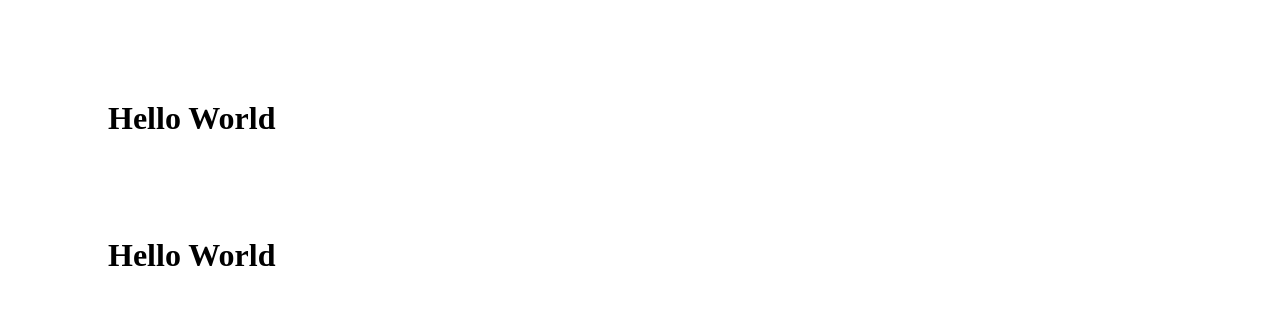
Repository: rightsecond3/java52
Page: workspace_script/dev_html/WebContent/css_margin/margin_1.html
The author's editor kept a copy of each file at every save. The page is drawn from the files as they stood at one save, then again after the next save.
The browser window is 1280 px wide. The pictures show the whole page.

Above is the page before, as saved 2019-06-12 03:09:08.

### workspace_script/dev_html/WebContent/css_margin/margin_1.html
<!DOCTYPE html>
<html>
<head>
<meta charset="UTF-8">
<title>마진겹침1</title>
    <style type="text/css">
        h1 {
            /* border : 1px solid red; */
            margin: 100px;
        }
    </style>
</head>
<body>
    <h1>Hello World</h1>
    <h1>Hello World</h1>
</body>
</html>

After the next save:
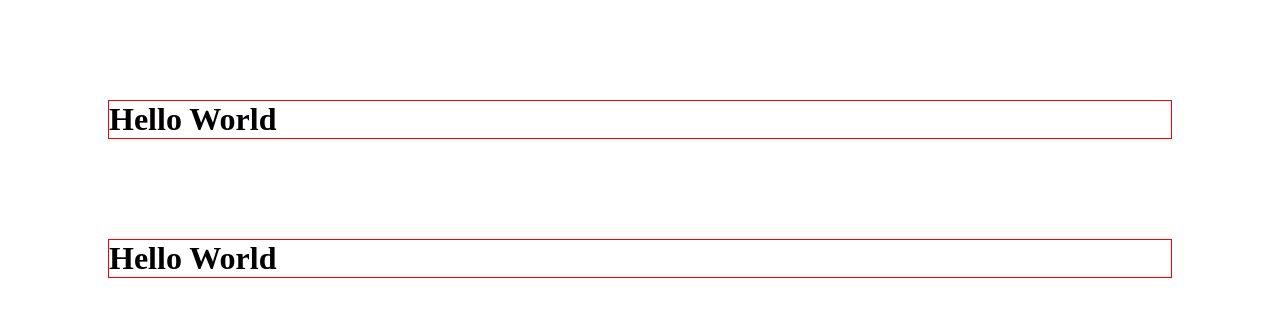
Saved 110 s later.
--- a/workspace_script/dev_html/WebContent/css_margin/margin_1.html
+++ b/workspace_script/dev_html/WebContent/css_margin/margin_1.html
@@ -5,7 +5,7 @@
 <title>마진겹침1</title>
     <style type="text/css">
         h1 {
-            /* border : 1px solid red; */
+            border : 1px solid red; /* 보더는 마진과 영향이 없다 */
             margin: 100px;
         }
     </style>
